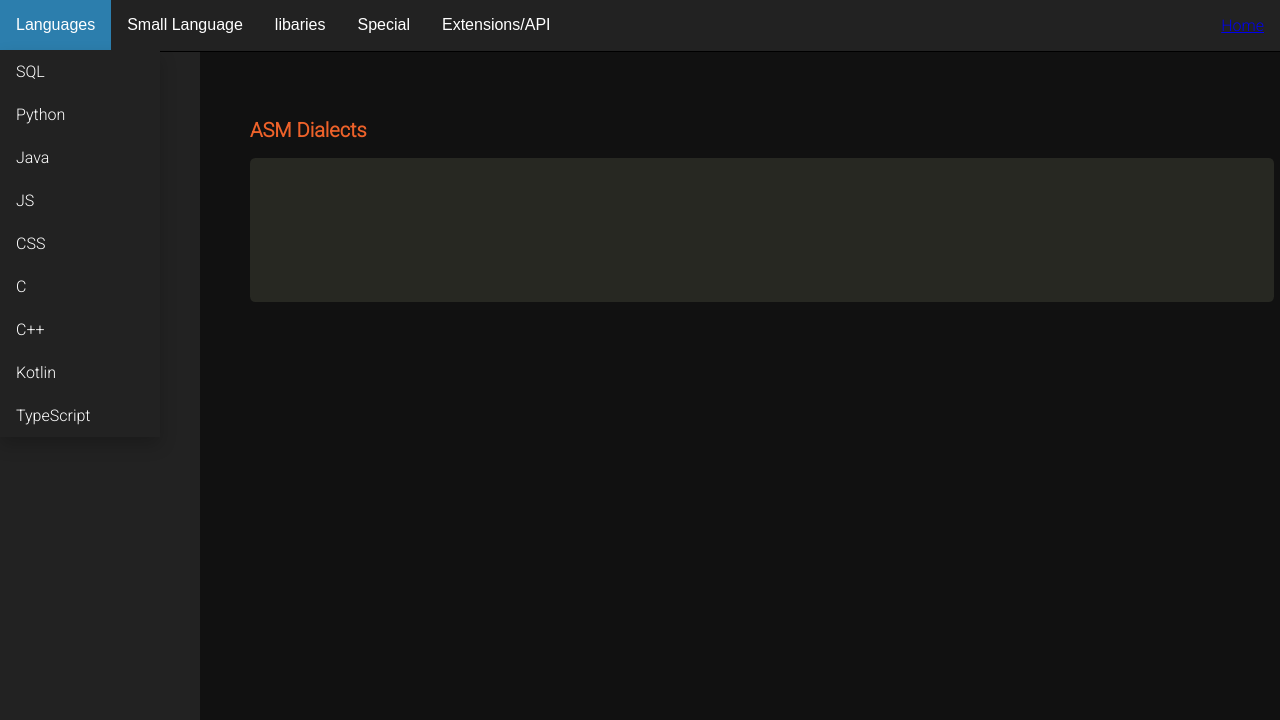
Repository: Max-Rohrhirsch/Max-Rohrhirsch.github.io
Page: documentation/special/OS/asm_dif.html
The author's editor kept a copy of each file at every save. The page is drawn from the files as they stood at one save, then again after the next save.
The browser window is 1280 px wide. The pictures show the whole page.

Above is the page before, as saved 2023-10-29 17:27:18.

### documentation/special/OS/asm_dif.html
<script src="/jquery.js"></script>
<div id="includeHeader"></div>
<!-- ------ SIDE NAVIGATION BAR ----- -->
<div class="sidenav">
    <a href="/documentation/special/OS/OS.html">OS</a>
    <a href="/documentation/special/OS/ASM.html">ASM</a>
</div>

<div class="main">
<h2>ASM Dialects</h2>
    <pre>
        <code class="language-nasm">

        </code>
    </pre>
</div>
<div id="includeFooter"></div>

### header.html
<html>
    <head>
        <title>Documentation</title>

        <meta name="viewport" content="width=device-width, initial-scale=1">
        <meta name="description" lang="en" content="Documentation of many things I learned">
        <meta name="keywords" content="HTML, CSS, JavaScript, Coding, max">
        <meta name="author" content="Rohrhirsch Max">

        <link rel="preconnect" href="https://fonts.googleapis.com">
        <link rel="preconnect" href="https://fonts.gstatic.com" crossorigin>
        <link href="https://fonts.googleapis.com/css2?family=Roboto:wght@300&display=swap" rel="stylesheet">
        <link rel="stylesheet" href="https://cdnjs.cloudflare.com/ajax/libs/font-awesome/4.7.0/css/font-awesome.min.css">

        <link rel="icon" type="image/x-icon" href="/Bilder/favicon.ico">

        <link href="/documentation/prism.css" rel="stylesheet" />

        <link rel="stylesheet" href="/documentation/docStyle.css">
        <link rel="icon" type="image/x-icon" href="/Bilder/favicon.ico">
    </head>
    <body>
        <!-- ------ TOP NAVIGATION BAR ----- -->
        <nav class="nav1">
            <div class="dropdown" style="float:left;">
                <button class="dropbtn">Languages</button>
                <div class="dropdown-content" style="left:0;">
                    <a href="/documentation/languages/sql/sql.html">SQL</a>
                    <a href="/documentation/languages/python/python.html">Python</a>
                    <a href="/documentation/languages/java/java.html">Java</a>
                    <a href="/documentation/languages/js.html">JS</a>
                    <a href="/documentation/languages/css.html">CSS</a>
                    <a href="/documentation/languages/c.html">C</a>
                    <a href="/documentation/languages/cpp.html">C++</a>
                    <a href="/documentation/languages/Kotlin.html">Kotlin</a>
                    <a href="/documentation/languages/typescript.html">TypeScript</a>
                </div>
            </div>
            <div class="dropdown" style="float:left;">
                <button class="dropbtn">Small Language</button>
                <div class="dropdown-content" style="left:0;">
                    <a href="/documentation/small/bash.html">Bash</a>
                    <a href="/documentation/small/rust.html">Rust</a>
                    <a href="/documentation/small/go.html">GO</a>
                    <a href="/documentation/small/csharp.html">C#</a>
                    <a href="/documentation/small/brainfuck.html">BrainFuck</a>
                </div>
            </div>
            <div class="dropdown" style="float:left;">
                <button class="dropbtn">libaries</button>
                <div class="dropdown-content" style="left:0;">
                    <a href="/documentation/libaries/socket.html">Socket</a>
                    <a href="/documentation/libaries/tenserflow.html">Tenserflow</a>
                    <a href="/documentation/libaries/regex.html">Regex</a>
                    <a href="/documentation/libaries/angular.html">Angular</a>
                    <a href="/documentation/libaries/Git.html">Git</a>
                </div>
            </div>
            <div class="dropdown" style="float:left;">
                <button class="dropbtn">Special</button>
                <div class="dropdown-content" style="left:0;">
                    <a href="/documentation/special/computer.html">Computer</a>
                    <a href="/documentation/special/linux.html">Linux</a>
                    <a href="/documentation/special/arduino.html">Arduino</a>
                    <a href="/documentation/special/game.html">Game Maker</a>
                    <a href="/documentation/special/unity.html">Unity</a>
                    <a href="/documentation/special/OS/OS.html">OS</a>
                    <a href="/documentation/special/hacking.html">Hacking</a>
                </div>
            </div>
            <div class="dropdown" style="float:left;">
                <button class="dropbtn">Extensions/API</button>
                <div class="dropdown-content" style="left:0;">
                    <a href="/documentation/extension/chrome.html">Chrome Extension</a>
                    <a href="/documentation/extension/discord.html">Discord Bot</a>
                    <a href="/documentation/extension/computercraft.html">Computercraft</a>
                    <a href="/documentation/extension/LaTeX.html">LaTeX</a>
                </div>
            </div>
            <div class="dropdown dropbtn" style="float:right;">
                <a href="https://max-rohrhirsch.github.io/documentation/documentation.html">Home</a>
            </div>
        </nav>

        <!-- ------ SIDE NAVIGATION BAR ----- -->

### footer.html

<a class="pre">Previous</a>
<a class="next">Next</a>
</div>

<div id="modal01" class="modal" onclick="this.style.display='none'">
<span class="close">X</span>
<div class="modal-content">
  <img id="img01" style="max-width:100%">
</div>
</div>


<!-- ------ SCRIPT FOR DROPDOWN ----- -->
<script>
var dropdown = document.getElementsByClassName("dropdown-btn");
var i;

for (i = 0; i < dropdown.length; i++) {
  dropdown[i].addEventListener("click", function() {
    this.classList.toggle("active");
    var dropdownContent = this.nextElementSibling;
    if (dropdownContent.style.display === "block") {
      dropdownContent.style.display = "none";
    } else {
      dropdownContent.style.display = "block";
    }
  });
}
</script>
<script src="/documentation/prism.js"></script>
<script>
function onClick(element) {
    document.getElementById("img01").src = element.src;
    document.getElementById("modal01").style.display = "block";
}
</script>
</body>
</html>

### documentation/prism.css
/* PrismJS 1.29.0
https://prismjs.com/download.html#themes=prism-okaidia&languages=markup+css+clike+javascript+arduino+armasm+bash+brainfuck+c+cpp+cilkc+cilkcpp+go+java+latex+lua+python+rust+sql&plugins=line-numbers+show-language+toolbar+copy-to-clipboard+download-button */
code[class*=language-],pre[class*=language-]{color:#f8f8f2;background:0 0;text-shadow:0 1px rgba(0,0,0,.3);font-family:Consolas,Monaco,'Andale Mono','Ubuntu Mono',monospace;font-size:1em;text-align:left;white-space:pre;word-spacing:normal;word-break:normal;word-wrap:normal;line-height:1.5;-moz-tab-size:4;-o-tab-size:4;tab-size:4;-webkit-hyphens:none;-moz-hyphens:none;-ms-hyphens:none;hyphens:none}pre[class*=language-]{padding:1em;margin:.5em 0;overflow:auto;border-radius:.3em}:not(pre)>code[class*=language-],pre[class*=language-]{background:#272822}:not(pre)>code[class*=language-]{padding:.1em;border-radius:.3em;white-space:normal}.token.cdata,.token.comment,.token.doctype,.token.prolog{color:#8292a2}.token.punctuation{color:#f8f8f2}.token.namespace{opacity:.7}.token.constant,.token.deleted,.token.property,.token.symbol,.token.tag{color:#f92672}.token.boolean,.token.number{color:#ae81ff}.token.attr-name,.token.builtin,.token.char,.token.inserted,.token.selector,.token.string{color:#a6e22e}.language-css .token.string,.style .token.string,.token.entity,.token.operator,.token.url,.token.variable{color:#f8f8f2}.token.atrule,.token.attr-value,.token.class-name,.token.function{color:#e6db74}.token.keyword{color:#66d9ef}.token.important,.token.regex{color:#fd971f}.token.bold,.token.important{font-weight:700}.token.italic{font-style:italic}.token.entity{cursor:help}
pre[class*=language-].line-numbers{position:relative;padding-left:3.8em;counter-reset:linenumber}pre[class*=language-].line-numbers>code{position:relative;white-space:inherit}.line-numbers .line-numbers-rows{position:absolute;pointer-events:none;top:0;font-size:100%;left:-3.8em;width:3em;letter-spacing:-1px;border-right:1px solid #999;-webkit-user-select:none;-moz-user-select:none;-ms-user-select:none;user-select:none}.line-numbers-rows>span{display:block;counter-increment:linenumber}.line-numbers-rows>span:before{content:counter(linenumber);color:#999;display:block;padding-right:.8em;text-align:right}
div.code-toolbar{position:relative}div.code-toolbar>.toolbar{position:absolute;z-index:10;top:.3em;right:.2em;transition:opacity .3s ease-in-out;opacity:0}div.code-toolbar:hover>.toolbar{opacity:1}div.code-toolbar:focus-within>.toolbar{opacity:1}div.code-toolbar>.toolbar>.toolbar-item{display:inline-block}div.code-toolbar>.toolbar>.toolbar-item>a{cursor:pointer}div.code-toolbar>.toolbar>.toolbar-item>button{background:0 0;border:0;color:inherit;font:inherit;line-height:normal;overflow:visible;padding:0;-webkit-user-select:none;-moz-user-select:none;-ms-user-select:none}div.code-toolbar>.toolbar>.toolbar-item>a,div.code-toolbar>.toolbar>.toolbar-item>button,div.code-toolbar>.toolbar>.toolbar-item>span{color:#bbb;font-size:.8em;padding:0 .5em;background:#f5f2f0;background:rgba(224,224,224,.2);box-shadow:0 2px 0 0 rgba(0,0,0,.2);border-radius:.5em}div.code-toolbar>.toolbar>.toolbar-item>a:focus,div.code-toolbar>.toolbar>.toolbar-item>a:hover,div.code-toolbar>.toolbar>.toolbar-item>button:focus,div.code-toolbar>.toolbar>.toolbar-item>button:hover,div.code-toolbar>.toolbar>.toolbar-item>span:focus,div.code-toolbar>.toolbar>.toolbar-item>span:hover{color:inherit;text-decoration:none}

### documentation/docStyle.css
:root {
    --main-special-color: #ee622a;
    --main-bg-color: #111;
    transition: 3s;
    scroll-behavior: smooth;
}

body {
    background-color: var(--main-bg-color);
    color: white;
    font-family: 'Roboto', sans-serif;
    margin: 0;
    min-height: max-content;
}


/* ----------------------------- MAIN STUFF --------------------------------------- */
red { color: red }
orange { color: orange }
green { color: green }

.nav1 {
    position: fixed;
    background-color: #222;
    border-bottom: 1px solid black;
    width: 100%;

    z-index: 2;
}

/* ---- DROPDOWN ---- */

.dropbtn {
    background-color: #222;
    color: white;

    padding: 16px;
    font-size: 16px;
    border: none;
    cursor: pointer;
  }

  .dropdown {
    position: relative;
    display: inline-block;
  }

  .dropdown-content {
    display: none;
    position: absolute;
    right: 0;

    background-color: #222;
    min-width: 160px;
    box-shadow: 0px 8px 16px 0px rgba(0,0,0,0.2);
  }

  .dropdown-content a {
    color: White;
    padding: 12px 16px;
    text-decoration: none;
    display: block;
  }

  .dropdown-content a:hover { background-color: #333 }
  .dropdown:hover .dropdown-content { display: block }
  .dropdown:hover .dropbtn { background-color: #2c7ead }


/* ------------ Site Navigation ----------- */

.sidenav {
    height: 100%;
    width: 200px;

    position: fixed;
    top: 51px;
    left: 0;

    background-color: #222;
    overflow-x: hidden;
    z-index: 1;
  }

  .sidenav a, .dropdown-btn {
    padding: 6px 8px 6px 16px;

    text-decoration: none;
    font-size: 20px;
    color: white;

    display: block;
    border: none;
    background: none;

    width: 100%;
    text-align: left;
    cursor: pointer;
    outline: none;
  }

  .sidenav a:hover, .dropdown-btn:hover { background-color: #2c7ead }

  .active {
    background-color: green;
    color: white;
  }

  .dropdown-container {
    display: none;
    background-color: #333;
  }

  .fa-caret-down {
    float: right;
    padding-right: 8px;
  }

  @media screen and (max-height: 450px) {
    .sidenav { padding-top: 15px }
    .sidenav a { font-size: 18px }
  }


/* ------------ Main ----------- */
.main {
    display: block;
    position:absolute;
    top: 51px;
    left: 200px;

    padding: 50px;
    font-size: 18px;

    min-height: 100%;
    width: 80vw;
}

.main h2 {
    font-size: 20px;
    color: #ee622a;
}

.main a {
    color: rgb(44, 172, 65);
    margin-bottom: 20px;
    display: block;
}

img {
    display: block;
    margin-top: 20px;
}
img:hover {
    cursor: pointer;
}



/* ------------ CODE ----------- */

out {
    display: block;
    width: calc(100% - 40px);
    background-color: #333;

    padding: 20px;
    margin-top: 15px;
    border-radius: 10px;
}

.wrapper {
    display: grid;
    font-size: 18px;
    grid-template-columns: repeat(3, 1fr);
    gap: 10px;
}

.wrapper pre {
    height: calc(100% - 50px);
}

.half {
    display: grid;
    grid-template-columns: repeat(2, 1fr);
    gap: 10px;
}
.half pre {
    height: calc(100% - 50px);
}

/* ------------ Table ----------- */

table {
    width: calc(100% );
    border: 1px solid #777;
    margin-top: 50px;
    border-collapse:collapse;
}

th {
    border: 1px solid #777;
    background-color: #333;
    padding: 10px;

}

td {
    border: 1px solid #777;
    padding: 5px;
    height: 40px;
}


/* ------------ Buttons ----------- */

.pre, .next {
    display: inline-block;
    margin-top: 10px;
}
.pre:hover, .next:hover { cursor: pointer }

.pre { float: left }
.next { float: right }





/* ------------ Image ----------- */
.modal {
    z-index:2;
    display:none;
    padding-top:10px;
    position:fixed;
    left:0;
    top:0;
    width:100%;
    height:100%;
    overflow:auto;
    background-color:rgb(0,0,0);
    background-color:rgba(0,0,0,0.8)
}

.modal-content {
    margin: auto;
    display: block;
    position: absolute;
    top: 50%;
    left: 50%;
    transform: translate(-50%, -50%);
}


.modal-hover-opacity {
    opacity:1;
    filter:alpha(opacity=100);
}

.modal-hover-opacity:hover {
    opacity:0.60;
    filter:alpha(opacity=60);
}


.close {
    text-decoration:none;

    position: fixed;
    right:20px;
    top: 20px;

    font-size:24px;
    font-weight:bold;
    color:white;
    cursor: pointer;
}

img {
    width: 500px;
    display: block;
}

.modal-content, #caption {
    -webkit-animation-name: zoom;
    -webkit-animation-duration: 0.6s;
    animation-name: zoom;
    animation-duration: 0.6s;
}

@keyframes zoom {
    from {transform:scale(0)}
    to {transform:scale(1)}
}

@media only screen and (max-width: 1300px) {
    .wrapper {
        grid-template-columns: repeat(2, 1fr);
    }
    .half {
        grid-template-columns: repeat(1, 1fr);
    }

}
@media only screen and (max-width: 1000px) {
    .wrapper {
        grid-template-columns: repeat(1, 1fr);
    }
}

Loaded but not shown: jquery.js (library); documentation/prism.js (library)

After the next save:
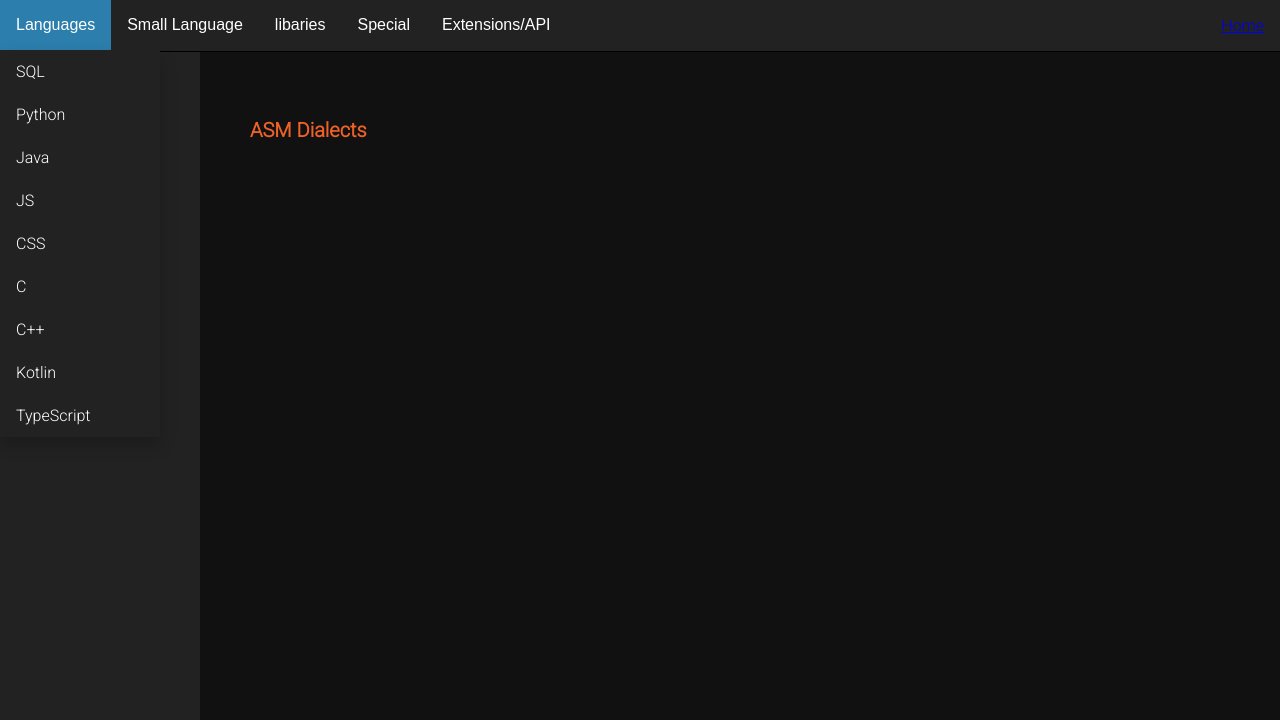
Saved 3 min 42 s later.
--- a/documentation/special/OS/asm_dif.html
+++ b/documentation/special/OS/asm_dif.html
@@ -8,10 +8,6 @@
 
 <div class="main">
 <h2>ASM Dialects</h2>
-    <pre>
-        <code class="language-nasm">
 
-        </code>
-    </pre>
 </div>
 <div id="includeFooter"></div>
